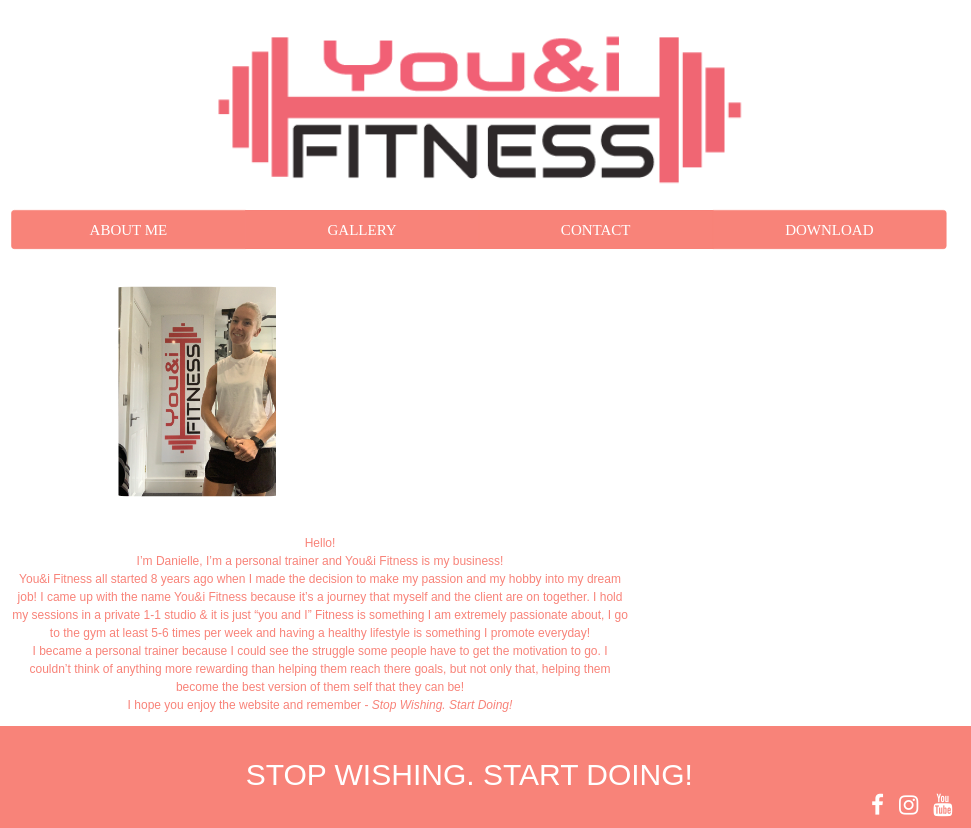
Repository: Code-Institute-Submissions/you-i
Page: pages/index.html
The author's editor kept a record of every edit. The page is drawn from the files as they stood at one moment, then again after the next edit.
The browser window is 1280 px wide. The page is 1295 px wide, so the pictures cover 1295 px, including what lies to the right of the window. The pictures show the whole page, at 75% of full size.
Some web fonts or font styles are not loaded; a fallback is used.

Above is the page before.

After the next edit:
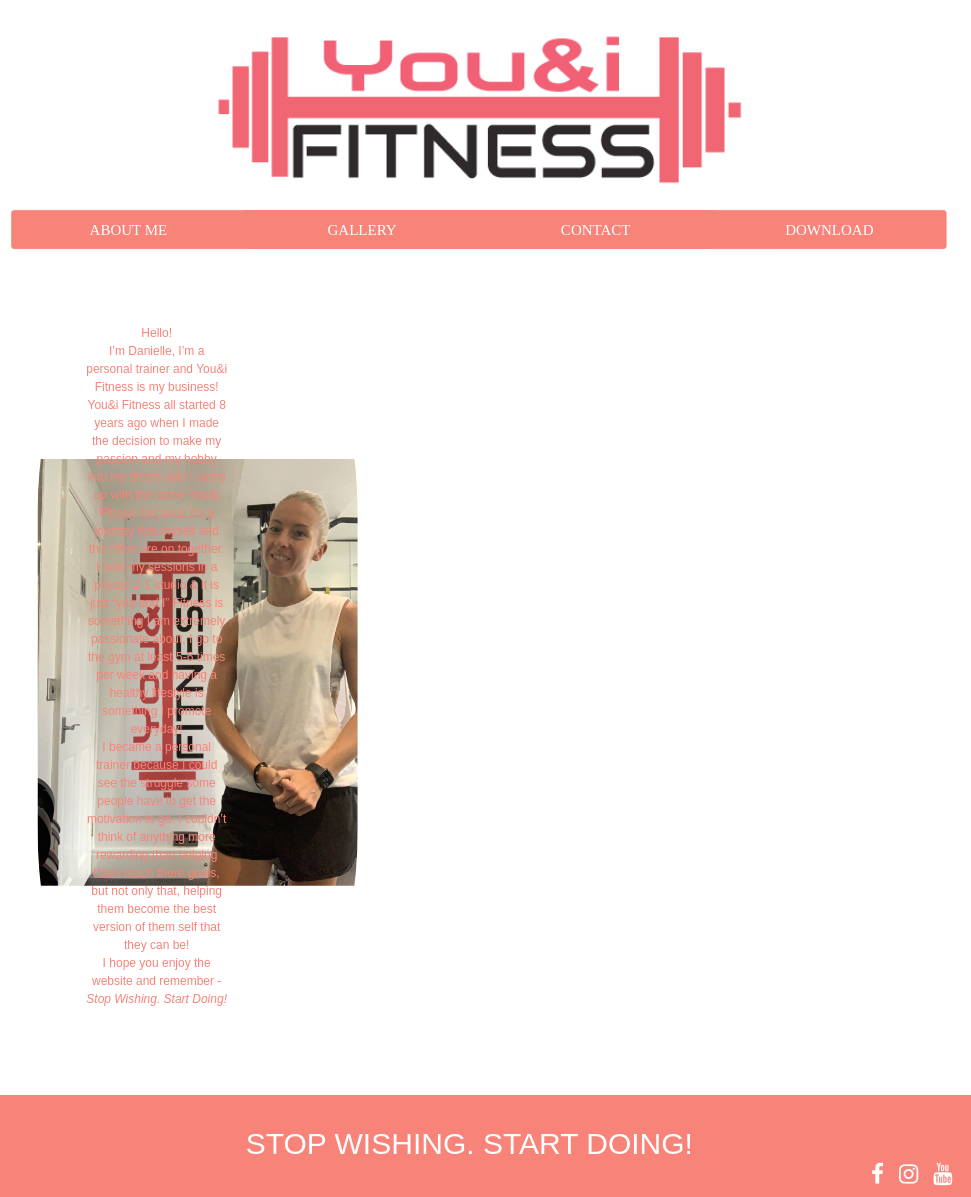
The edit:
--- a/pages/index.html
+++ b/pages/index.html
@@ -40,8 +40,8 @@
     </header>
     <section class="container-fluid">
         <div class="row">
-            <div class="col-md-4 headshot section-column">
-            </div>
+            <div class="col-md-4 headshot">
+
             <div class="col-md-8 paragraph text-center">
                     <p>Hello! </br> I’m Danielle, I’m a personal trainer and You&i Fitness is my business! </br>You&i Fitness all started 8 years ago when I made the decision to make my passion and my hobby into my dream job! I came up with the name You&i Fitness because
                         it’s a journey that myself and the client are on together. I hold my sessions in a private 1-1 studio & it is just “you and I” Fitness is something I am extremely passionate about, I go to the gym at least 5-6 times per week and

After the 2 edits that followed:
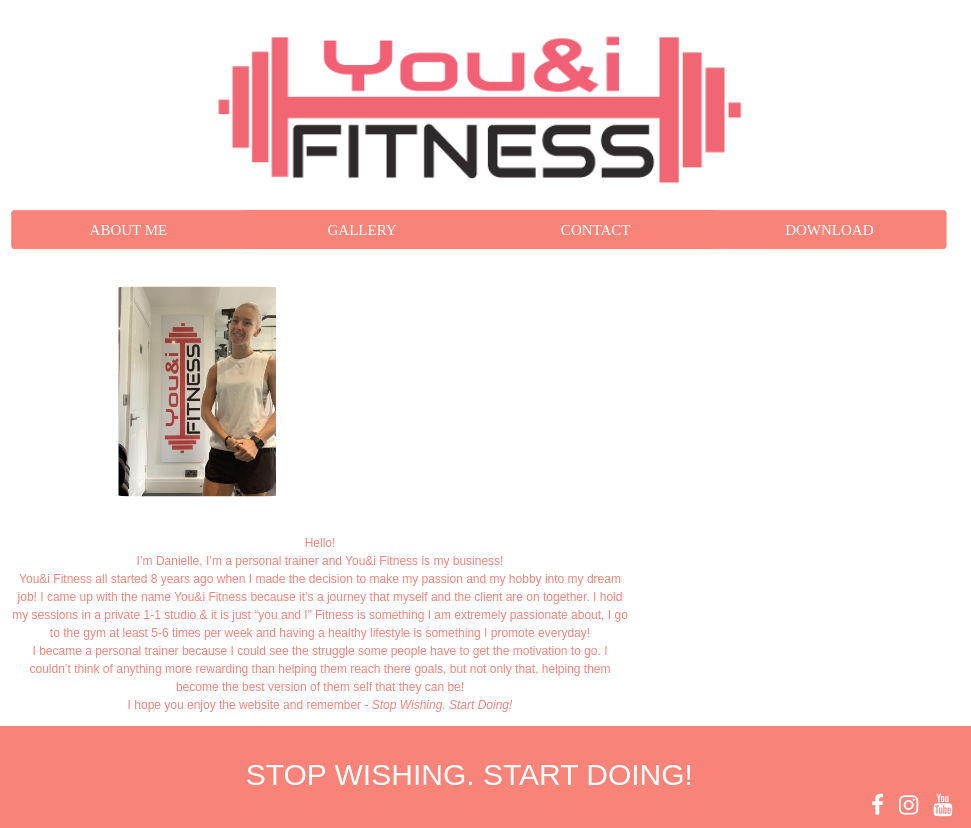
The 2 edits are shown as one change because 1 left the picture as it was.
The edit:
--- a/pages/index.html
+++ b/pages/index.html
@@ -41,13 +41,14 @@
     <section class="container-fluid">
         <div class="row">
             <div class="col-md-4 headshot">
-
+            </div>
             <div class="col-md-8 paragraph text-center">
                     <p>Hello! </br> I’m Danielle, I’m a personal trainer and You&i Fitness is my business! </br>You&i Fitness all started 8 years ago when I made the decision to make my passion and my hobby into my dream job! I came up with the name You&i Fitness because
                         it’s a journey that myself and the client are on together. I hold my sessions in a private 1-1 studio & it is just “you and I” Fitness is something I am extremely passionate about, I go to the gym at least 5-6 times per week and
                         having a healthy lifestyle is something I promote everyday! </br>I became a personal trainer because I could see the struggle some people have to get the motivation to go. I couldn’t think of anything more rewarding than helping them
                         reach there goals, but not only that, helping them become the best version of them self that they can be!</br> I hope you enjoy the website and remember - <i>Stop Wishing. Start Doing!</i> </p>
                 </div>
+
         </div>
 
 
